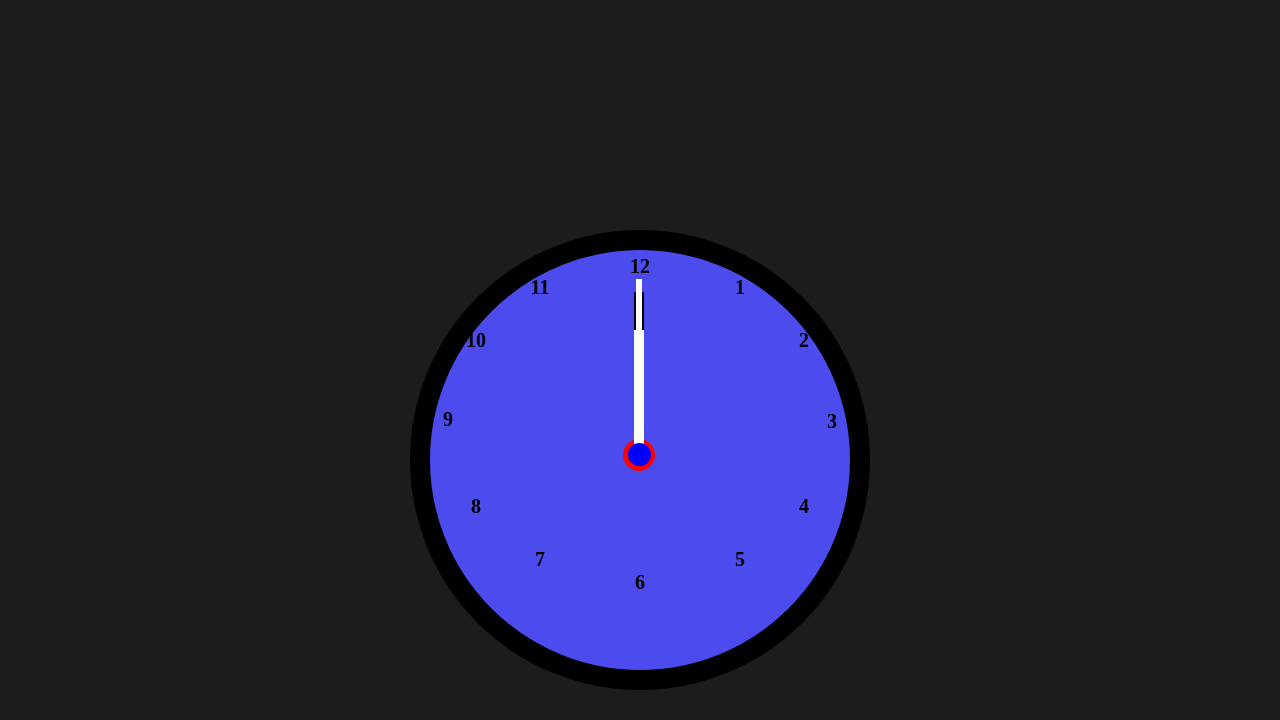
Repository: Eugene44-hub/Analog-clock
Page: index.html
These files come from the project's save history. The page is drawn as it stood at one moment and after the next save; the edit follows.
The browser window is 1280 px wide. The pictures show the whole page.

Above is the page before, as saved 2021-09-04 23:12:00.

After the next save:
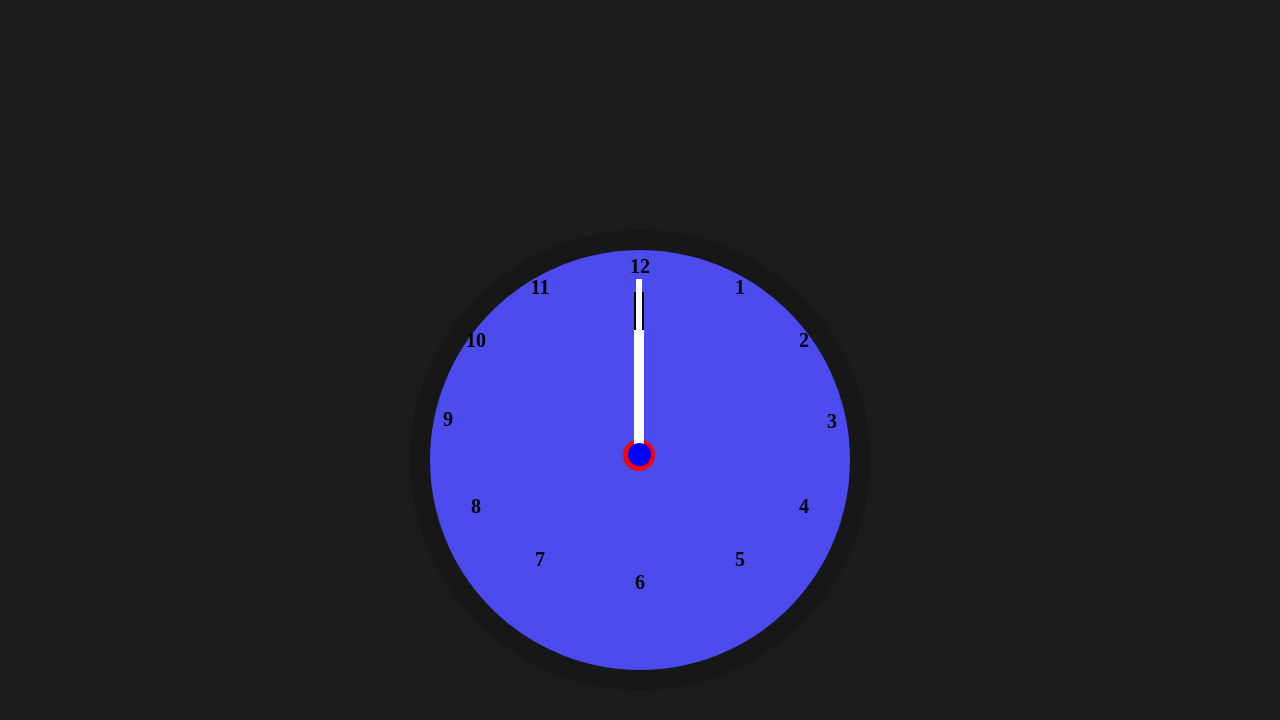
Saved 11 s later.
--- a/style.css
+++ b/style.css
@@ -11,7 +11,7 @@ body {
     background-color: rgb(75, 75, 238);
     height: 400px;
     width: 400px;
-    border: 20px solid black;
+    border: 20px solid rgb(24, 23, 23);
     text-align: center;
     font-weight: bold;
     font-family: cursive;
